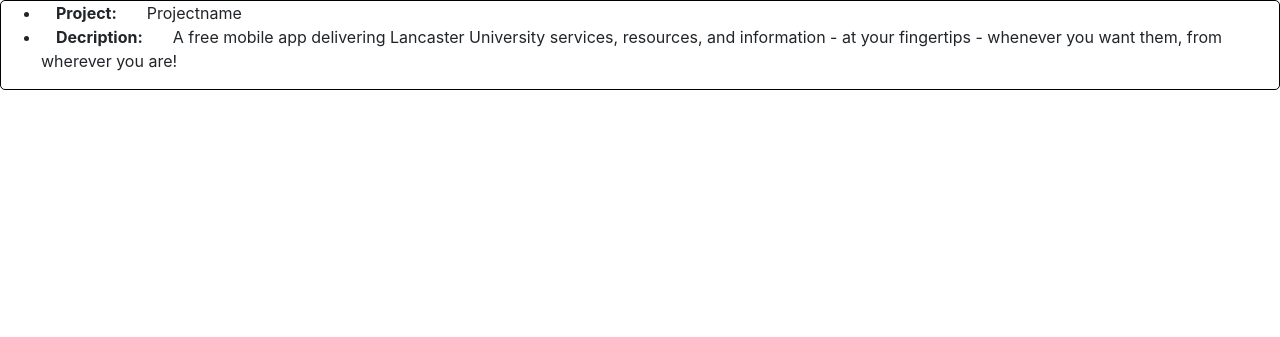
Repository: khoibanh113/mycv
Page: /
These files come from the project's save history. The page is drawn as it stood at one moment and after the next save; the edit follows.
The browser window is 1280 px wide. The pictures show the whole page.
The project was rebuilt for these pictures with package versions that can differ from the ones it lists, and the page was loaded fresh each time. Also part of the build but not shown: src/css/avatar.css, src/component/avatar.js, src/css/contact.css, src/component/contact.js, src/component/study.js.

Above is the page before, as saved 2021-03-31 13:12:25.

### src/App.js
import React,{Component} from 'react'
import Avatar from './component/avatar'
import AvaImg from './image/avatar.jpg'
import Contact from './component/contact'
import Study from './component/study'
import Experience from './component/experience'
class App extends Component {
  render(){
    return (
      <div className="App">
        {/* <Avatar img={AvaImg} />
        <Contact
          name='Nguyen Vo Hoang Khoi'
          location='Ho Chi Minh, Viet Nam'
          phone='0123456789'
          email='abc@gmail.com'
          linkedin='LinkedIN'
        /> */}
        <Experience />


      </div>
    );
  }
}

export default App;

### src/component/experience.js
import {Component} from 'react'
import 'bootstrap/dist/css/bootstrap.min.css';
import '../css/experience.css'
class experience extends Component{


    render(){
        return(
            <div className='container-experience'>
                <ul>
                    <li>
                        <b className="col">Project:</b>
                        <span className="col">Projectname</span></li>
                    <li>
                        <b className="col">Decription:</b>
                        <span className="col">
                        A free mobile app delivering Lancaster University services, resources, and information - at your fingertips - whenever you want them, from wherever you are!
                        </span>
                    </li>
                </ul>


                {/* <li className='row row-experience'>
                    <b className="col">Project:</b>
                    <span className="col">Projectname</span>
                </li>
                <li className='row row-experience'>
                    <b className="col">Decription:</b>
                    <span className="col">
                    A free mobile app delivering Lancaster University services, resources, and information - at your fingertips - whenever you want them, from wherever you are!
                    </span>
                </li>
                <li className='row row-experience'>
                    <b className="col">Teamsize:</b>
                    <span className="col">5</span>
                </li>
                <li className='row row-experience'>
                    <b className="col">Responsiblities:</b>
                    <span className="col">Meeting with customers and teammates to get clear requirement. Develop the frameworks and modules of the system.</span>
                </li>
                <li className='row row-experience'>
                    <b className="col">Accomplishments:</b>
                    <span className="col">Learned new Microsoft technologies and frameworks. Improved teamwork and communication skills.</span>
                </li>
                <li className='row row-experience'>
                    <b className="col">Technologies:</b>
                    <span className="col">Front-end: ReactJS + Redux, Webpack. Back-end ASP.NET MVC5, Entity Framework.</span>
                </li> */}


            </div>
        )
    }
}

export default experience;

### src/css/experience.css
.container-experience{
    max-width: fit-content;
    border: 1px solid black;
    border-radius: 5px;
}
.row-experience{
    margin: 10px;
}

Loaded but not shown: public/index.html (common file); src/index.js (common file); src/index.css (common file); src/reportWebVitals.js (common file)

After the next save:
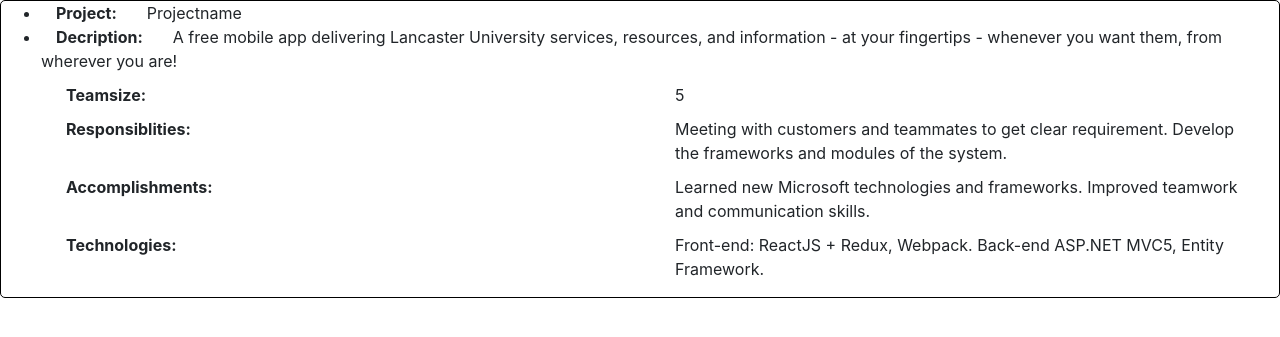
Saved 48 s later.
--- a/src/component/experience.js
+++ b/src/component/experience.js
@@ -16,6 +16,22 @@
                         <span className="col">
                         A free mobile app delivering Lancaster University services, resources, and information - at your fingertips - whenever you want them, from wherever you are!
                         </span>
+                    </li>
+                    <li className='row row-experience'>
+                        <b className="col">Teamsize:</b>
+                        <span className="col">5</span>
+                    </li>
+                    <li className='row row-experience'>
+                        <b className="col">Responsiblities:</b>
+                        <span className="col">Meeting with customers and teammates to get clear requirement. Develop the frameworks and modules of the system.</span>
+                    </li>
+                    <li className='row row-experience'>
+                        <b className="col">Accomplishments:</b>
+                        <span className="col">Learned new Microsoft technologies and frameworks. Improved teamwork and communication skills.</span>
+                    </li>
+                    <li className='row row-experience'>
+                        <b className="col">Technologies:</b>
+                        <span className="col">Front-end: ReactJS + Redux, Webpack. Back-end ASP.NET MVC5, Entity Framework.</span>
                     </li>
                 </ul>
 
